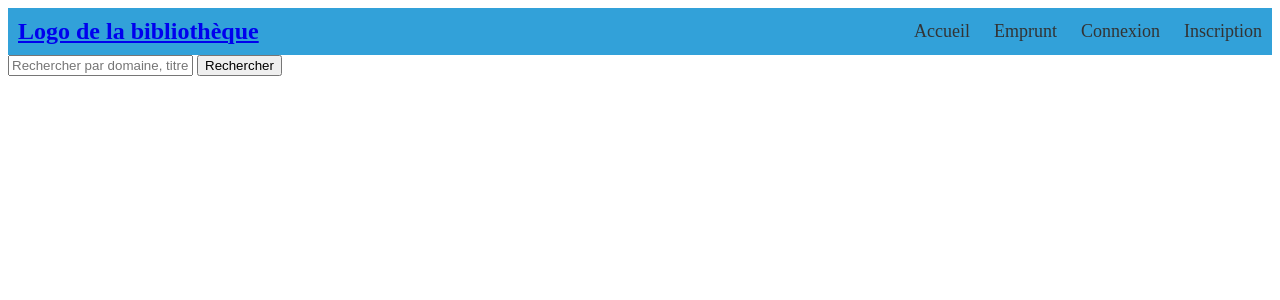
Repository: Eurin-lumen/space
Page: http://localhost/
These files come from the project's save history. The page is drawn as it stood at one moment and after the next save; the edit follows.
The browser window is 1280 px wide. The pictures show the whole page.
The page is run by PHP 8.4 with error messages shown; the project is at /var/www/html/. Queries for data that is not in the repository find no rows.

Above is the page before, as saved 2023-07-23 20:05:31.

### index.php
<?php
require_once 'includes/config.php';
require_once 'includes/functions.php';

// Récupérer tous les livres disponibles
$books = getAllBooks();
?>

<!DOCTYPE html>
<html>
<head>
    <title>Page d'accueil</title>
    <!-- <link rel="stylesheet" type="text/css" href="css/style.css"> -->
    <!-- <link rel="stylesheet" type="text/css" href="user/user_style.css"> -->
    <link rel="stylesheet" href="css/header.css">

</head>
<body>
    <?php include 'header.php'; ?>

    <section class="search-section">
        <form action="search.php" method="GET">
            <input type="text" name="search_query" placeholder="Rechercher par domaine, titre ou auteur" required>
            <button type="submit">Rechercher</button>
        </form>
    </section>
    <main>
        <div class="book-list">
            <?php foreach ($books as $book) : ?>
                <div class="book">
                    <img src="images/<?php echo $book['image']; ?>" alt="<?php echo $book['title']; ?>">
                    <h2><?php echo $book['title']; ?></h2>
                    <p><strong>Auteur :</strong> <?php echo $book['author']; ?></p>
                    <p><strong>Domaine :</strong> <?php echo $book['domain']; ?></p>
                    <p><strong>Description :</strong> <?php echo $book['description']; ?></p>
                    <p><strong>Nombre d'exemplaires disponibles :</strong> <?php echo $book['copies']; ?></p>
                    <a href="user/view_book.php?id=<?php echo $book['id']; ?>" class="view-button">Voir Détails</a>
                </div>
            <?php endforeach; ?>
        </div>
    </main>

</body>
</html>

### includes/config.php
<?php
// Configuration de la base de données
define('DB_HOST', 'localhost'); // Adresse du serveur de la base de données
define('DB_USER', 'root'); // Nom d'utilisateur de la base de données
define('DB_PASS', ''); // Mot de passe de la base de données
define('DB_NAME', 'library_management'); // Nom de la base de données

// Connexion à la base de données
$conn = mysqli_connect(DB_HOST, DB_USER, DB_PASS, DB_NAME);

// Vérifier la connexion
if (!$conn) {
    die("La connexion à la base de données a échoué : " . mysqli_connect_error());
}
?>

### includes/functions.php
<?php
require_once 'config.php';
///* CAPITAINE *////

// Fonction pour récupérer tous les livres de la base de données
function getAllBooks() {
    global $conn;

    $sql = "SELECT * FROM books";
    $result = mysqli_query($conn, $sql);

    $books = array();

    while ($row = mysqli_fetch_assoc($result)) {
        $books[] = $row;
    }

    return $books;
}


//**END CAPITAINE */

// Fonction pour vérifier les informations de connexion de l'utilisateur
function checkLogin($username, $password) {
    global $conn;
    $sql = "SELECT id, password FROM users WHERE username = ?";
    $stmt = mysqli_prepare($conn, $sql);

    if (!$stmt) {
        return false;
    }

    mysqli_stmt_bind_param($stmt, "s", $username);
    mysqli_stmt_execute($stmt);
    mysqli_stmt_bind_result($stmt, $user_id, $hashed_password);
    mysqli_stmt_fetch($stmt);
    mysqli_stmt_close($stmt);

    // Vérifier si le mot de passe haché correspond au mot de passe saisi
    if (password_verify($password, $hashed_password)) {
        return $user_id;
    } else {
        return false;
    }
}

// Fonction pour ajouter un nouvel utilisateur
function addUser($username, $hashed_password) {
    global $conn;
    $sql = "INSERT INTO users (username, password) VALUES (?, ?)";
    $stmt = mysqli_prepare($conn, $sql);

    if (!$stmt) {
        return false;
    }

    mysqli_stmt_bind_param($stmt, "ss", $username, $hashed_password);
    $result = mysqli_stmt_execute($stmt);
    mysqli_stmt_close($stmt);

    return $result;
}

// Fonction pour récupérer les informations de l'utilisateur par son ID
function getUserById($user_id) {
    global $conn;
    $sql = "SELECT id, username, role FROM users WHERE id = ?";
    $stmt = mysqli_prepare($conn, $sql);

    if (!$stmt) {
        return null;
    }

    mysqli_stmt_bind_param($stmt, "i", $user_id);
    mysqli_stmt_execute($stmt);
    mysqli_stmt_bind_result($stmt, $id, $username, $role);
    mysqli_stmt_fetch($stmt);
    mysqli_stmt_close($stmt);

    if (!$id) {
        return null;
    }

    return ['id' => $id, 'username' => $username, 'role' => $role];
}

// Fonction pour récupérer les informations de l'utilisateur par son nom d'utilisateur
function getUserByUsername($username) {
    global $conn;
    $sql = "SELECT id, username FROM users WHERE username = ?";
    $stmt = mysqli_prepare($conn, $sql);

    if (!$stmt) {
        return null;
    }

    mysqli_stmt_bind_param($stmt, "s", $username);
    mysqli_stmt_execute($stmt);
    mysqli_stmt_bind_result($stmt, $id, $username);
    mysqli_stmt_fetch($stmt);
    mysqli_stmt_close($stmt);

    if (!$id) {
        return null;
    }

    return ['id' => $id, 'username' => $username];
}


// Fonction pour récupérer les livres empruntés par un utilisateur par son ID
function getBorrowedBooksByUserId($user_id) {
    global $conn;

    $sql = "SELECT books.title, books.author, books.borrow_date FROM borrowed_books JOIN books ON borrowed_books.book_id = books.id WHERE borrowed_books.user_id = ?";
    $stmt = mysqli_prepare($conn, $sql);

    if (!$stmt) {
        return array();
    }

    mysqli_stmt_bind_param($stmt, "i", $user_id);

    if (mysqli_stmt_execute($stmt)) {
        $result = mysqli_stmt_get_result($stmt);
        $borrowedBooks = array();
        while ($book = mysqli_fetch_assoc($result)) {
            $borrowedBooks[] = $book;
        }
        return $borrowedBooks;
    } else {
        return array();
    }
}

// Fonction pour récupérer les informations d'un livre à partir de son identifiant
function getBookById($bookId) {
    global $conn;

    // Préparer la requête SQL pour récupérer les informations du livre
    $sql = "SELECT * FROM books WHERE id = ?";
    $stmt = mysqli_prepare($conn, $sql);

    // Vérifier si la préparation de la requête a réussi
    if (!$stmt) {
        return null; // Une erreur s'est produite lors de la préparation de la requête
    }

    mysqli_stmt_bind_param($stmt, "i", $bookId);

    // Exécuter la requête
    if (mysqli_stmt_execute($stmt)) {
        // Récupérer le résultat de la requête
        $result = mysqli_stmt_get_result($stmt);

        // Vérifier si un livre a été trouvé
        if (mysqli_num_rows($result) === 1) {
            // Récupérer les informations du livre
            $book = mysqli_fetch_assoc($result);
            return $book; // Retourner les informations du livre
        } else {
            return null; // Aucun livre trouvé avec l'identifiant donné
        }
    } else {
        return null; // Une erreur s'est produite lors de l'exécution de la requête
    }
}


// Fonction pour emprunter un livre
function borrowBook($userId, $bookId) {
    global $conn;

    // Vérifier le nombre d'emprunts en cours de l'utilisateur
    $borrowedBooksCount = getBorrowedBooksCount($userId);
    if ($borrowedBooksCount >= 3) {
        return false; // Limite d'emprunts atteinte, impossible d'emprunter plus de livres
    }

    // Vérifier si le livre est disponible (au moins une copie disponible)
    $book = getBookById($bookId);
    if ($book['copies'] <= 0) {
        return false; // Livre indisponible, aucune copie disponible pour l'emprunt
    }

    // Préparer la requête SQL pour enregistrer l'emprunt du livre
    $sql = "INSERT INTO borrowings (user_id, book_id, borrow_date) VALUES (?, ?, NOW())";
    $stmt = mysqli_prepare($conn, $sql);

    // Vérifier si la préparation de la requête a réussi
    if (!$stmt) {
        return false; // Une erreur s'est produite lors de la préparation de la requête
    }

    mysqli_stmt_bind_param($stmt, "ii", $userId, $bookId);

    // Exécuter la requête
    if (mysqli_stmt_execute($stmt)) {
        // Mettre à jour le nombre de copies disponibles du livre
        $updatedCopies = $book['copies'] - 1;
        updateBookCopies($bookId, $updatedCopies);
        return true; // Livre emprunté avec succès
    } else {
        return false; // Une erreur s'est produite lors de l'emprunt du livre
    }
}

// Fonction pour retourner un livre
function returnBook($userId, $bookId) {
    global $conn;

    // Vérifier si l'utilisateur a emprunté le livre
    if (!isBookBorrowedByUser($userId, $bookId)) {
        return false; // L'utilisateur n'a pas emprunté ce livre, impossible de le retourner
    }

    // Préparer la requête SQL pour supprimer l'emprunt du livre
    $sql = "DELETE FROM borrowings WHERE user_id = ? AND book_id = ?";
    $stmt = mysqli_prepare($conn, $sql);

    // Vérifier si la préparation de la requête a réussi
    if (!$stmt) {
        return false; // Une erreur s'est produite lors de la préparation de la requête
    }

    mysqli_stmt_bind_param($stmt, "ii", $userId, $bookId);

    // Exécuter la requête
    if (mysqli_stmt_execute($stmt)) {
        // Mettre à jour le nombre de copies disponibles du livre
        $book = getBookById($bookId);
        $updatedCopies = $book['copies'] + 1;
        updateBookCopies($bookId, $updatedCopies);
        return true; // Livre retourné avec succès
    } else {
        return false; // Une erreur s'est produite lors du retour du livre
    }
}


// Fonction pour récupérer le nombre d'emprunts d'un utilisateur
function getBorrowedBooksCount($userId) {
    global $conn;

    // Préparer la requête SQL pour compter le nombre d'emprunts de l'utilisateur
    $sql = "SELECT COUNT(*) AS count FROM borrowings WHERE user_id = ?";
    $stmt = mysqli_prepare($conn, $sql);

    // Vérifier si la préparation de la requête a réussi
    if (!$stmt) {
        return 0; // Une erreur s'est produite lors de la préparation de la requête
    }

    mysqli_stmt_bind_param($stmt, "i", $userId);

    // Exécuter la requête
    mysqli_stmt_execute($stmt);

    // Récupérer le résultat de la requête
    $result = mysqli_stmt_get_result($stmt);

    // Récupérer le nombre d'emprunts
    $row = mysqli_fetch_assoc($result);
    $count = $row['count'];

    return $count;
}


// Fonction pour vérifier si un livre est emprunté par un utilisateur
function isBookBorrowedByUser($userId, $bookId) {
    global $conn;

    // Préparer la requête SQL pour vérifier si le livre est emprunté par l'utilisateur
    $sql = "SELECT * FROM borrowings WHERE user_id = ? AND book_id = ?";
    $stmt = mysqli_prepare($conn, $sql);

    // Vérifier si la préparation de la requête a réussi
    if (!$stmt) {
        return false; // Une erreur s'est produite lors de la préparation de la requête
    }

    mysqli_stmt_bind_param($stmt, "ii", $userId, $bookId);

    // Exécuter la requête
    mysqli_stmt_execute($stmt);

    // Récupérer le résultat de la requête
    $result = mysqli_stmt_get_result($stmt);

    // Vérifier si le livre est emprunté par l'utilisateur
    if (mysqli_num_rows($result) > 0) {
        return true; // Le livre est emprunté par l'utilisateur
    } else {
        return false; // Le livre n'est pas emprunté par l'utilisateur
    }
}

// Fonction pour rechercher des livres par titre ou auteur
function searchBooks($keyword) {
    global $conn;
    $sql = "SELECT * FROM books WHERE title LIKE ? OR author LIKE ?";
    $stmt = mysqli_prepare($conn, $sql);

    if (!$stmt) {
        return null;
    }

    $searchKeyword = "%" . $keyword . "%";
    mysqli_stmt_bind_param($stmt, "ss", $searchKeyword, $searchKeyword);
    mysqli_stmt_execute($stmt);
    $result = mysqli_stmt_get_result($stmt);
    mysqli_stmt_close($stmt);

    $books = array();
    while ($row = mysqli_fetch_assoc($result)) {
        $books[] = $row;
    }

    return $books;
}


/** PART ADMIN */

function getAdminById($admin_id) {
    global $conn;
    $sql = "SELECT id, username FROM admins WHERE id = ?";
    $stmt = mysqli_prepare($conn, $sql);

    if (!$stmt) {
        return null;
    }

    mysqli_stmt_bind_param($stmt, "i", $admin_id);
    mysqli_stmt_execute($stmt);
    mysqli_stmt_bind_result($stmt, $id, $username);
    mysqli_stmt_fetch($stmt);
    mysqli_stmt_close($stmt);

    if (!$id) {
        return null;
    }

    return ['id' => $id, 'username' => $username];
}

function getAdminByUsername($username) {
    global $conn;
    $sql = "SELECT id, username, password FROM admins WHERE username = ?";
    $stmt = mysqli_prepare($conn, $sql);

    if (!$stmt) {
        return null;
    }

    mysqli_stmt_bind_param($stmt, "s", $username);
    mysqli_stmt_execute($stmt);
    mysqli_stmt_bind_result($stmt, $id, $username, $hashedPassword);
    mysqli_stmt_fetch($stmt);
    mysqli_stmt_close($stmt);

    if (!$id) {
        return null;
    }

    return ['id' => $id, 'username' => $username, 'password' => $hashedPassword];
}

// Fonction pour enregistrer un nouvel administrateur

function registerAdmin($username, $password, $confirm_password) {
    global $conn;

    // Vérifier si les mots de passe correspondent
    if ($password !== $confirm_password) {
        return false; // Les mots de passe ne correspondent pas
    }

    // Vérifier si l'administrateur existe déjà dans la base de données
    $query = "SELECT id FROM admins WHERE username = ?";
    $stmt = mysqli_prepare($conn, $query);

    if (!$stmt) {
        return false; // Une erreur s'est produite lors de la préparation de la requête
    }

    mysqli_stmt_bind_param($stmt, "s", $username);
    mysqli_stmt_execute($stmt);
    mysqli_stmt_store_result($stmt);

    if (mysqli_stmt_num_rows($stmt) > 0) {
        return false; // L'administrateur existe déjà
    }

    // Hasher le mot de passe avant de l'enregistrer dans la base de données
    $hashed_password = password_hash($password, PASSWORD_DEFAULT);

    // Insérer le nouvel administrateur dans la base de données
    $query = "INSERT INTO admins (username, password) VALUES (?, ?)";
    $stmt = mysqli_prepare($conn, $query);

    if (!$stmt) {
        return false; // Une erreur s'est produite lors de la préparation de la requête
    }

    mysqli_stmt_bind_param($stmt, "ss", $username, $hashed_password);

    if (mysqli_stmt_execute($stmt)) {
        return true; // L'administrateur a été enregistré avec succès
    } else {
        return false; // Une erreur s'est produite lors de l'enregistrement de l'administrateur
    }
}

// Fonction pour vérifier si l'administrateur est connecté
function isAdminLoggedIn() {
    return isset($_SESSION['admin_id']);
}

// Fonction pour gérer la connexion de l'administrateur
function adminLogin($username, $password) {
    global $conn;

    // Vérifier si l'administrateur existe dans la base de données
    $admin = getAdminByUsername($username);

    if (!$admin) {
        return false; // L'administrateur n'existe pas
    }

    // Vérifier le mot de passe
    if (password_verify($password, $admin['password'])) {
        // Le mot de passe est correct, enregistrer l'ID de l'administrateur dans la session
        $_SESSION['admin_id'] = $admin['id'];
        return true; // Connexion réussie
    } else {
        return false; // Mot de passe incorrect
    }
}


/*
function addBook($title, $author, $domain, $description, $copies, $image, $pdf) {
    global $conn;

    // Préparer la requête SQL pour insérer le nouveau livre
    $sql = "INSERT INTO books (title, author, domain, description, copies, image, pdf) VALUES (?, ?, ?, ?, ?, ?, ?)";
    $stmt = mysqli_prepare($conn, $sql);

    // Vérifier si la préparation de la requête a réussi
    if (!$stmt) {
        return false; // Une erreur s'est produite lors de la préparation de la requête
    }

    mysqli_stmt_bind_param($stmt, "ssssiss", $title, $author, $domain, $description, $copies, $image, $pdf);

    // Exécuter la requête
    if (mysqli_stmt_execute($stmt)) {
        return true; // Le livre a été ajouté avec succès
    } else {
        return false; // Une erreur s'est produite lors de l'ajout du livre
    }
} */

function addBook($title, $author, $domain, $description, $copies, $image, $pdf) {
    global $conn;

    // Vérifier si l'image a été téléchargée avec succès
    if (isset($_FILES['image']) && $_FILES['image']['error'] === UPLOAD_ERR_OK) {
        // Obtenir le nom temporaire du fichier téléchargé
        $tmp_name = $_FILES['image']['tmp_name'];

        // Définir le chemin où l'image sera stockée sur le serveur
        $image_filename = 'images/' . $_FILES['image']['name'];

        // Déplacer le fichier téléchargé vers son emplacement final
        move_uploaded_file($tmp_name, $image_filename);
    } else {
        // Si l'image n'a pas été téléchargée, définir le nom de fichier à null
        $image_filename = null;
    }

    // Préparer la requête SQL pour insérer le nouveau livre
    $sql = "INSERT INTO books (title, author, domain, description, copies, image_filename, pdf) VALUES (?, ?, ?, ?, ?, ?, ?)";
    $stmt = mysqli_prepare($conn, $sql);

    // Vérifier si la préparation de la requête a réussi
    if (!$stmt) {
        return false; // Une erreur s'est produite lors de la préparation de la requête
    }

    mysqli_stmt_bind_param($stmt, "ssssiss", $title, $author, $domain, $description, $copies, $image_filename, $pdf);

    // Exécuter la requête
    if (mysqli_stmt_execute($stmt)) {
        return true; // Le livre a été ajouté avec succès
    } else {
        return false; // Une erreur s'est produite lors de l'ajout du livre
    }
}
///METTRE A JOUR A PROBLEME
// Fonction pour mettre à jour les informations d'un livre
function updateBook($book_id, $title, $author, $domain, $description, $copies, $image, $pdf) {
    global $conn;

    // Préparer la requête SQL pour mettre à jour les informations du livre
    $sql = "UPDATE books SET title = ?, author = ?, domain = ?, description = ?, copies = ?, image = ?, pdf = ? WHERE id = ?";
    $stmt = mysqli_prepare($conn, $sql);

    // Vérifier si la préparation de la requête a réussi
    if (!$stmt) {
        return false; // Une erreur s'est produite lors de la préparation de la requête
    }

    mysqli_stmt_bind_param($stmt, "ssssisssi", $title, $author, $domain, $description, $copies, $image, $pdf, $book_id);

    // Exécuter la requête
    if (mysqli_stmt_execute($stmt)) {
        return true; // Le livre a été mis à jour avec succès
    } else {
        return false; // Une erreur s'est produite lors de la mise à jour du livre
    }
}


// Fonction pour supprimer un livre
function deleteBook($book_id) {
    global $conn;

    // Préparer la requête SQL pour supprimer le livre de la base de données
    $sql = "DELETE FROM books WHERE id = ?";
    $stmt = mysqli_prepare($conn, $sql);

    // Vérifier si la préparation de la requête a réussi
    if (!$stmt) {
        return false; // Une erreur s'est produite lors de la préparation de la requête
    }

    mysqli_stmt_bind_param($stmt, "i", $book_id);

    // Exécuter la requête
    if (mysqli_stmt_execute($stmt)) {
        return true; // Le livre a été supprimé avec succès
    } else {
        return false; // Une erreur s'est produite lors de la suppression du livre
    }
}



// includes/functions.php

function getBorrowedBooks() {
    global $conn;

    // Requête SQL pour récupérer les livres empruntés avec les informations sur l'utilisateur
    $sql = "SELECT books.id, books.title, books.author, users.username, borrowed_books.borrow_date, borrowed_books.is_returned
            FROM borrowed_books
            INNER JOIN books ON borrowed_books.book_id = books.id
            INNER JOIN users ON borrowed_books.user_id = users.id
            ORDER BY borrowed_books.borrow_date DESC";

    $result = mysqli_query($conn, $sql);

    if (!$result) {
        return false; // Une erreur s'est produite lors de l'exécution de la requête
    }

    $borrowed_books = array();

    while ($row = mysqli_fetch_assoc($result)) {
        $borrowed_books[] = $row;
    }

    return $borrowed_books;
}

### header.php
<!-- header.php -->
<header>
    <div class="logo">
        <a href="index.php">Logo de la bibliothèque</a>
    </div>
    <nav>
        <ul>
            <li><a href="index.php">Accueil</a></li>
            <li><a href="emprunt.php">Emprunt</a></li>
            <li><a href="connexion.php">Connexion</a></li>
            <li><a href="inscription.php">Inscription</a></li>
        </ul>
    </nav>
</header>

### css/header.css
/* Style pour l'en-tête (Header) */
header {
    background-color: #32a1d9;
    padding: 10px;
    display: flex;
    justify-content: space-between;
    align-items: center;
}

.logo {
    font-size: 24px;
    font-weight: bold;
    color: #333;
    text-decoration: none;
    transition: color 0.3s;
}

.logo:hover {
    color: #6deae6;
}

nav ul {
    list-style-type: none;
    margin: 0;
    padding: 0;
}

nav li {
    display: inline-block;
    margin-left: 20px;
}

nav a {
    text-decoration: none;
    color: #333;
    font-size: 18px;
    transition: color 0.3s;
}

nav a:hover {
    color: #ffcc00;
}

/* Style pour rendre l'en-tête dynamique (ajuster selon la taille de l'écran) */
@media screen and (max-width: 768px) {
    .logo {
        font-size: 20px;
    }

    nav {
        display: none;
    }

    /* Afficher le menu de navigation en version mobile */
    .menu-icon {
        display: block;
        font-size: 24px;
        color: #333;
        cursor: pointer;
    }

    .menu-icon.active {
        display: none;
    }

    .menu-icon.active + nav {
        display: block;
    }
}

After the next save:
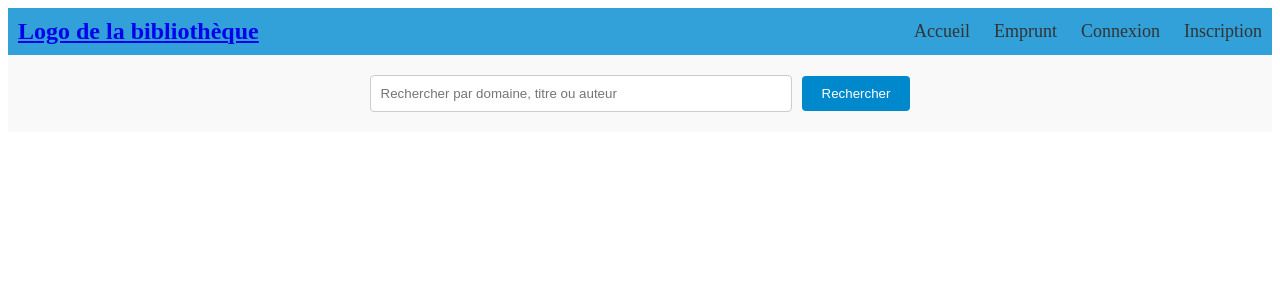
Saved 35 s later.
--- a/css/header.css
+++ b/css/header.css
@@ -67,3 +67,39 @@ nav a:hover {
         display: block;
     }
 }
+
+
+/* Style pour la section de recherche */
+.search-section {
+    background-color: #f9f9f9;
+    padding: 20px;
+    text-align: center;
+}
+
+.search-section form {
+    display: flex;
+    justify-content: center;
+    align-items: center;
+}
+
+.search-section input[type="text"] {
+    padding: 10px;
+    border: 1px solid #ccc;
+    border-radius: 4px;
+    width: 400px;
+    margin-right: 10px;
+}
+
+.search-section button {
+    background-color: #0088cc;
+    color: #fff;
+    border: none;
+    padding: 10px 20px;
+    border-radius: 4px;
+    cursor: pointer;
+    transition: background-color 0.3s;
+}
+
+.search-section button:hover {
+    background-color: #006699;
+}
